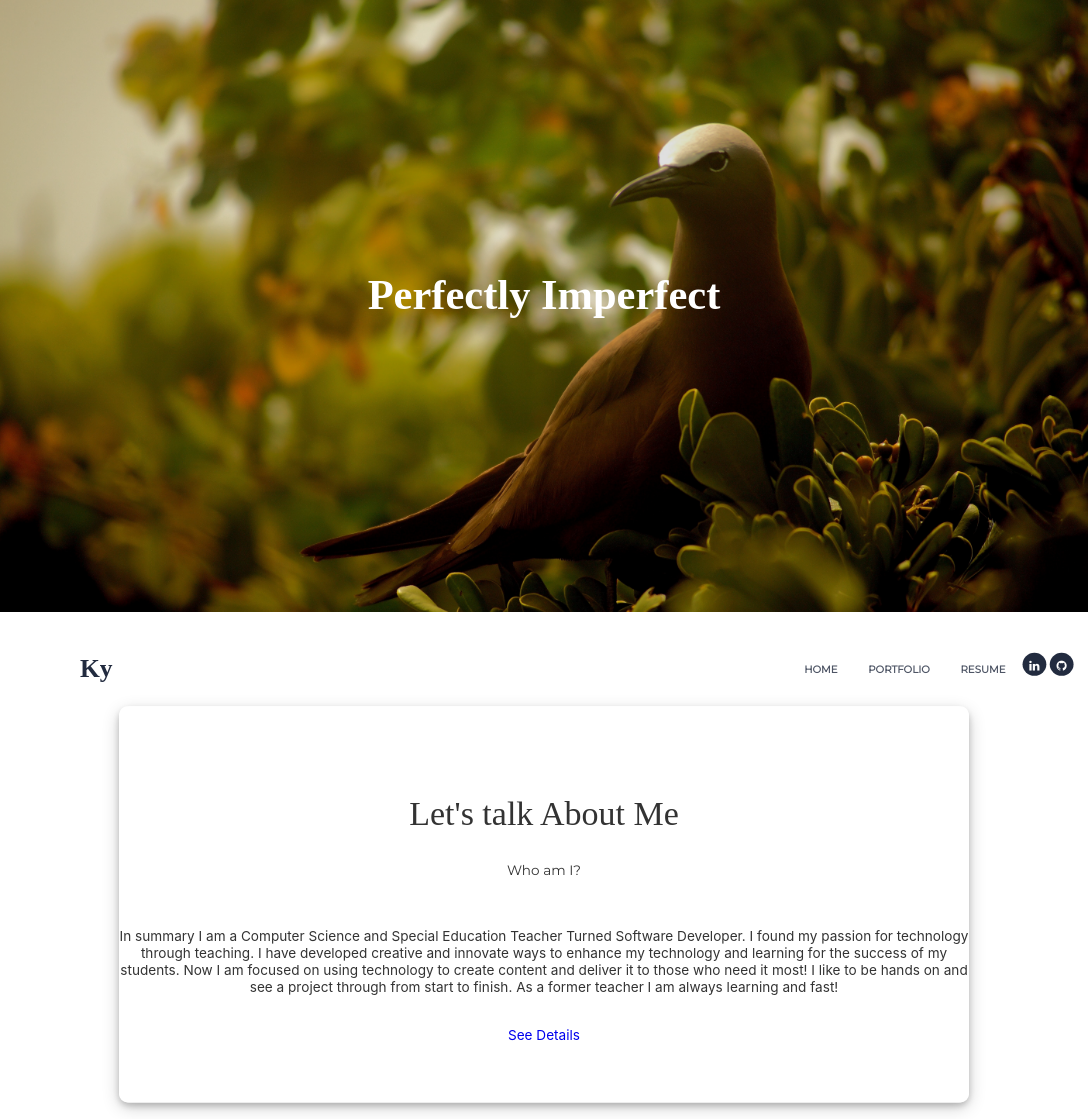
Repository: kkyler24/Perfectly-Imperfect
Page: / (app in imperfect/)
These files come from the project's save history. The page is drawn as it stood at one moment and after the next save; the edit follows.
The browser window is 1280 px wide. The pictures show the whole page, at 85% of full size.
Backgrounds fixed to the window are drawn as part of the page. Some web fonts or font styles are not loaded; a fallback is used. The project was rebuilt for these pictures with package versions that can differ from the ones it lists, and the page was loaded fresh each time.

Above is the page before, as saved 2020-08-06 13:51:00.

### imperfect/public/index.html
<!DOCTYPE html>
<html lang="en">
  <head>
    <meta charset="utf-8" />
    <link rel="icon" href="%PUBLIC_URL%/favicon.ico" />
    <meta name="viewport" content="width=device-width, initial-scale=1" />
    <meta name="theme-color" content="#000000" />
    <meta
      name="description"
      content="Web site created using create-react-app"
    />
    <link
      rel="stylesheet"
      href="https://cdnjs.cloudflare.com/ajax/libs/font-awesome/4.7.0/css/font-awesome.min.css"
    />

    <link
      href="https://fonts.googleapis.com/css2?family=Montserrat&family=Petit+Formal+Script&display=swap"
      rel="stylesheet"
    />

    <title>React App</title>
  </head>
  <body>
    <noscript>You need to enable JavaScript to run this app.</noscript>
    <div id="root"></div>
  </body>
</html>

### imperfect/src/App.js
import React from "react";
import logo from "./logo.svg";
import "./App.css";
import Nav from "./Components/navbarComponent/navbar.js";
import PGHeader from "./Components/Headerindex/header.js";
import AboutMe from "./Components/aboutMeIndex/aboutme.js";

function App() {
  return (
    <div className="App">
      <PGHeader />
      {/* <Nav /> */}
      <AboutMe />
    </div>
  );
}

export default App;

### imperfect/src/App.css
body {
  color: #66615b;
  font-size: 16px;
  box-sizing: border-box;
  display: block;
}

### imperfect/src/Components/navbarComponent/navbar.js
import React from "react";
import "./navbar.css";

function NavBar() {
  return (
    <div>
      <nav
        color-on-scroll="300"
        class="fixed-bottom  navbar-transparent navbar navbar-expand-lg"
      >
        <div class="container-fluid">
          <div class="navbar-translate">
            <a
              id="Kytitle"
              data-placement="bottom"
              target="_blank"
              title="Coded by Creative Tim"
              class="navbar-brand"
              href="#/index"
            >
              Ky
            </a>
            <button aria-expanded="false" class="navbar-toggler navbar-toggler">
              <span class="navbar-toggler-bar bar1"></span>
              <span class="navbar-toggler-bar bar2"></span>
              <span class="navbar-toggler-bar bar3"></span>
            </button>
          </div>
          <div class="justify-content-end collapse navbar-collapse">
            <ul class="navbar-nav">
              <li class="nav-item">
                <a
                  data-placement="bottom"
                  href="https://www.linkedIn"
                  target="_blank"
                  title="Let's connect on LinkedIn"
                  class="nav-link"
                >
                  {/* <i class="fa fa-linkedIn"></i> */}
                </a>
              </li>

              <li class="nav-item">
                <a
                  data-placement="bottom"
                  href="#"
                  target="_blank"
                  title="Follow us on Twitter"
                >
                  {/* <i class="fa fa-twitter"></i> */}
                  <p class="d-lg-none"></p>
                </a>
                <li class="nav-item mr-2rem">
                  <a data-placement="bottom" href="#" target="_blank">
                    {/* <i class="fa fa-github"></i> */}
                    <p class="d-lg-none"></p>
                  </a>
                </li>
              </li>
              <li class="nav-item">
                <a class="nav-link" href="#/index">
                  <i class="nc-icon nc-layout-11"></i> Home
                </a>
              </li>
              <li class="nav-item">
                <a class="nav-link" href="#/index">
                  <i class="nc-icon nc-layout-11"></i> Portfolio
                </a>
              </li>
              <li class="nav-item">
                <a target="_blank" class="nav-link" href="#/documentation">
                  <i class="nc-icon nc-book-bookmark"></i> Resume
                </a>
              </li>
              <li class="nav-item">
                <a
                  href="https://www.linkedin.com/in/ky-kyler-a723b932/"
                  target="_blank"
                  class="fa fa-linkedin"
                ></a>
              </li>
              <li class="nav-item">
                <a
                  data-placement="bottom"
                  href="https://github.com/kkyler24"
                  target="_blank"
                  title="Star on GitHub"
                  class="fa fa-github"
                >
                  {/* <i class="fa fa-github"></i> */}
                  <p class="d-lg-none"></p>
                </a>
              </li>
            </ul>
          </div>
        </div>
      </nav>
    </div>
  );
}
export default NavBar;

### imperfect/src/Components/Headerindex/header.js
import React from "react";
import "./Indexheader.css";
import Navbar from "../navbarComponent/navbar.js";

function PageHeader(props) {
  return (
    <div>
      <div id="background" className="page-header" data-parallax="true">
        <div className="filter"></div>
        <div className="headerContainer">
          <div className="motto text-center">
            <h1 id="JumboHeaderTitle">Perfectly Imperfect</h1>
            <br />
          </div>
        </div>
      </div>
      <Navbar />
    </div>
  );
}
export default PageHeader;

### imperfect/src/Components/aboutMeIndex/aboutme.js
import React from "react";
import "./aboutme.css";

function Aboutme() {
  return (
    <div className=" card aboutMain">
      <div className="sectionAB text-center">
        <div className="ABccontainer">
          <div class="row">
            <div class="ml-auto mr-auto col-md-8">
              <h2 class="titleAB">Let's talk About Me</h2>
              <h4 class="descriptionAB"> Who am I?</h4>
              <br />
              <p>
                In summary I am a Computer Science and Special Education Teacher
                Turned Software Developer. I found my passion for technology
                through teaching. I have developed creative and innovate ways to
                enhance my technology and learning for the success of my
                students. Now I am focused on using technology to create content
                and deliver it to those who need it most! I like to be hands on
                and see a project through from start to finish. As a former
                teacher I am always learning and fast!
              </p>
              <br />
              <a href="#pablo" class="btn-round btn btn-info">
                See Details
              </a>
            </div>
          </div>
        </div>
      </div>
    </div>
  );
}
export default Aboutme;

### imperfect/src/Components/navbarComponent/navbar.css
/* navbar */
#Kytitle {
  font-family: "Petit Formal Script", cursive;
  font-size: 30px;
  color: #222b3f;
  border-bottom: solid 2px rgb(255, 255, 255);
  text-transform: capitalize;
}

.navbar.navbar-transparent {
  background: transparent !important;
  padding-top: 25px;
  box-shadow: none;
}

.navbar .navbar-brand {
  font-weight: 600;
  margin: 5px 0;
  padding: 20px 15px;
  font-size: 14px;
  text-transform: uppercase;
}

.navbar-nav {
  display: flex;
  flex-direction: column;
  padding-left: 0;
  margin-bottom: 0;
  list-style: none;
}
.navbar-brand {
  display: inline-block;
  padding-top: 0.3125rem;
  padding-bottom: 0.3125rem;
  margin-right: 1rem;
  font-size: 1.25rem;
  line-height: inherit;
  white-space: nowrap;
}

.navbar {
  border: 0;
  font-size: 14px;
  padding: 0;
  font-family: "Montserrat", "Helvetica", Arial, sans-serif;
  font-weight: 300;
  align-items: center;
  display: flex;
}
.navbar > .container-fluid {
  display: flex;
  flex-wrap: wrap;
  align-items: center;
  justify-content: space-between;
}

.nav-link {
  display: block;
}

.navbar-toggler {
  padding: 0.25rem 0.75rem;
  font-size: 1.25rem;
  line-height: 1;
  background-color: transparent;
  border: 1px solid transparent;
  border-radius: 0.25rem;
}
button {
  text-transform: none;
  overflow: hidden;
  -webkit-font-smoothing: antialiased;
  font-family: "Montserrat", "Helvetica", Arial, sans-serif;
  font-weight: 300;
  margin: 0;
  text-rendering: auto;
  /* color: -internal-light-dark(buttontext, rgb(170, 170, 170)); */
  letter-spacing: normal;
  word-spacing: normal;
  text-indent: 0px;
  text-shadow: none;
  display: inline-block;
  text-align: center;
  align-items: flex-start;
  font: 400 13.3333px Arial;
}
.navbar .navbar-toggler .navbar-toggler-bar {
  display: block;
  position: relative;
  width: 24px;
  height: 2px;
  border-radius: 1px;
  margin: 0 auto;
}

.navbar.navbar-transparent .navbar-toggler .navbar-toggler-bar {
  background: #222b3f !important;
}

.navbar-transparent .navbar-nav .nav-item .nav-link:not(.btn) {
  color: #222b3f;
  border-color: #222b3f;
}

.navbar .navbar-toggler .navbar-toggler-bar + .navbar-toggler-bar {
  margin-top: 4px;
}

.navbar .navbar-nav .nav-item .nav-link {
  line-height: 1.6;
  margin: 15px 3px;
  padding: 10px 15px;
  opacity: 0.8;
  font-size: 12px;
  text-transform: uppercase;
  font-weight: 600;
}

.navbar .navbar-nav .nav-item .nav-link p {
  margin: 0;
  text-transform: uppercase;
  font-weight: 600;
  font-size: 12px;
  line-height: 1.5em;
  padding: 15px 0;
  color: #222b3f;
}

button:not(:disabled) {
  cursor: pointer;
}

.container-fluid {
  width: 100%;
  padding-right: 15px;
  padding-left: 15px;
  margin-right: 0%;
  margin-left: 5%;
}

.fixed-top {
  position: fixed;
  right: 0;
  left: 0;
  z-index: 1030;
  /* not needed for fixed bottom */
  top: 0;
}

a {
  text-decoration: none;
  background-color: transparent;
}

.collapse:not(.show) {
  display: none;
}

.justify-content-end,
ul {
  justify-content: flex-end !important;
}

.navbar-collapse {
  flex-basis: 100%;
  flex-grow: 1;
  align-items: center;
}

ul {
  margin-top: 0;
}

.navbar .navbar-nav .nav-item .nav-link [class^="fa"] {
  font-size: 17px;
  position: relative;
  right: 5px;
  color: #222b3f;
}

.fa {
  padding: 8px;
  font-size: 14px;
  height: 11px;
  top: 5px;
  text-align: center;
  text-decoration: none;
  margin: 15px 2px;
  border-radius: 50%;
}

.fa:hover {
  opacity: 0.7;
}

.fa-linkedin {
  background: #222b3f;
  color: white;
}

.fa-github {
  background: #222b3f;
  color: white;
}

:before {
  box-sizing: border-box;
}

.navbar .navbar-collapse .nav-item .nav-link p {
  display: inline;
}

/* media Q navbar */
@media (min-width: 992px) {
  .navbar-expand-lg {
    flex-flow: row nowrap;
    justify-content: flex-start;
  }
  .navbar {
    justify-content: space-between;
  }
}
/* Li */
@media (min-width: 992px) {
  .navbar-expand-lg .navbar-nav {
    flex-direction: row;
  }
}
@media screen and (max-width: 991px) {
  .navbar-collapse ul {
    position: relative;
    z-index: 3;
    height: 95%;
  }
}

@media screen and (max-width: 991px) {
  .navbar-collapse .navbar-nav > .nav-item > .nav-link {
    color: #222b3f !important;
  }
}

@media screen and (max-width: 991px) {
  .navbar-collapse {
    position: fixed;
    display: block !important;
    top: 0;
    width: 230px;
    right: 0;
    z-index: 1032;
    visibility: visible;
    overflow-y: visible;
    border-top: none;
    text-align: left;
    padding-right: 0;
    padding-left: 40px;
    padding-top: 15px;
    transform: translateX(230px);
    transition: all 0.33s cubic-bezier(0.685, 0.0473, 0.346, 1);
  }
}

@media (max-width: 991.98px) {
  .navbar-expand-lg > .container-fluid {
    padding-right: 0;
    padding-left: 0;
  }
}

@media (min-width: 768px) {
  .container-fluid {
    max-width: 720px;
  }
}

@media (min-width: 992px) {
  .container-fluid {
    max-width: 100%;
  }
}

@media screen and (max-width: 991px) {
  .navbar-translate {
    width: 100%;
    position: relative;
    display: flex;
    justify-content: space-between !important;
    align-items: center;
    transform: translateX(0);
    transition: all 0.33s cubic-bezier(0.685, 0.0473, 0.346, 1);
  }
}

@media (min-width: 992px) {
  .navbar-expand-lg .navbar-toggler {
    display: none;
  }
}

@media screen and (max-width: 991px) {
  .navbar-collapse {
    height: 100% !important;
  }
}

@media (min-width: 992px) {
  .navbar-expand-lg .navbar-collapse {
    display: flex !important;
    flex-basis: auto;
  }
}
/*
@media (min-width: 576px) {
  .container-fluid {
    max-width: 540px;
  }
} */

@media (min-width: 992px) {
  .navbar-expand-lg > .container-fluid {
    flex-wrap: nowrap;
  }
}

### imperfect/src/Components/Headerindex/Indexheader.css
#background {
  background-image: url("../../Assets/imgs/brownnoodyGreatbirdisland.jpg");
  background-attachment: fixed;
  background-repeat: no-repeat;
  background-size: cover;
  height: 700px;
}

.page-header {
  background-position: 50%;
  background-size: cover;
  min-height: 100vh;
  max-height: 999px;
  overflow: hidden;
  position: relative;
  width: 100%;
  z-index: 1;
  display: flex;
  align-items: center;
  justify-content: center;
}

.page-header .filter:after {
  background-color: rgba(0, 0, 0, 0.125);
  content: "";
  display: block;
  height: 100%;
  left: 0;
  top: 0;
  position: absolute;
  width: 100%;
  z-index: 1;
}

.page-header .motto {
  z-index: 3;
  color: #fff;
  position: relative;
  width: max-content;
}

.headerContainer {
  font-family: "Petit Formal Script", cursive;
  display: inline-flex;
  width: 100%;
  /* font-weight: 200; */
  padding-right: 15px;
  padding-left: 15px;
  margin-right: auto;
  margin-left: auto;
  font-size: 50px;
  justify-content: center;
}

.text-center {
  text-align: center !important;
}
div {
  display: block;
}

h1 {
  display: block;
  font-size: 2em;
  margin-block-start: 0.67em;
  margin-block-end: 0.67em;
  margin-inline-start: 0px;
  margin-inline-end: 0px;
  font-weight: bold;
}
@media (max-width: 450px) and (min-width: 280px) {
  #JumboHeaderTitle {
    width: 300px;
    margin: auto;
    font-size: 20px;
    text-align: center;
  }
  #background {
    width: 450px !important;
  }
}
/*
@media (max-width: 570px) and (min-width: 280px) {
  #JumboHeaderTitle {
    width: 400px;
    margin: auto;
    font-size: 20px;
    text-align: center;
  }
} */

/* media Q */
@media (min-width: 992px) {
  .headerContainer {
    max-width: 960px;
  }
}

@media (min-width: 768px) {
  .headerContainer {
    max-width: 720px;
  }
}

@media (min-width: 576px) {
  .headerContainer {
    max-width: 540px;
    font-size: 25px;
  }
}

@media (max-width: 576px) {
  .headerContainer {
    display: flex;
    flex-wrap: wrap;
    max-width: 540px !important;
    font-size: 20px;
    text-align: center;
  }
}

### imperfect/src/Components/aboutMeIndex/aboutme.css
.aboutMain .section:first-of-type {
  position: relative;
  z-index: 3;
  position: relative;
  background: #ffffff;
  margin: -60px 30px 0px;
  box-shadow: 0 16px 24px 2px rgba(0, 0, 0, 0.14),
    0 6px 30px 5px rgba(0, 0, 0, 0.12), 0 8px 10px -5px rgba(0, 0, 0, 0.2);
  border-radius: 6px;
  padding: 70px 0;
}

.card,
.aboutMain {
  width: 700px;
  border-radius: 12px;
  box-shadow: 0 4px 8px 0 rgba(0, 0, 0, 0.2), 0 6px 20px 0 rgba(0, 0, 0, 0.19);
  text-align: center;
  background-color: #fff;
  color: #333;
  margin-bottom: 20px;
  position: relative;
  z-index: 3;
  border: 0;
  transition: transform 0.3s cubic-bezier(0.34, 2, 0.6, 1), box-shadow 0.2s ease;
  display: flex;
  flex-direction: column;
  min-width: 0;
  background-clip: border-box;
  /* border: 1px solid rgba(0, 0, 0, 0.25); */
  /* border-radius: 20px; */
  margin-left: auto;
  margin-right: auto;
}

.sectionAB {
  padding: 70px 0;
  background-color: #fff;
  border-radius: 10px;
}

.text-center {
  text-align: center !important;
}

.titleAB {
  font-family: "Petit Formal Script", cursive;
  font-weight: lighter;
  font-size: 40px;
}

.descriptionAB {
  font-family: "Montserrat", sans-serif;
  font-weight: lighter;
  text-align: center;
}

.ABcontainer {
  width: 100%;
  margin-right: auto;
  margin-left: auto;
}

row {
  display: flex;
  flex-wrap: wrap;
  margin-right: -15px;
  margin-left: -15px;
}

@media (min-width: 768px) {
  .ABcontainer {
    max-width: 720px;
  }
}

@media (max-width: 992px) {
  .sectionAB {
    max-width: 700px;
  }
}

@media (min-width: 992px) {
  .sectionAB,
  .aboutMain {
    width: 1000px;
  }
}

Loaded but not shown: imperfect/src/index.js (common file); imperfect/src/index.css (common file); imperfect/src/serviceWorker.js (common file)

After the next save:
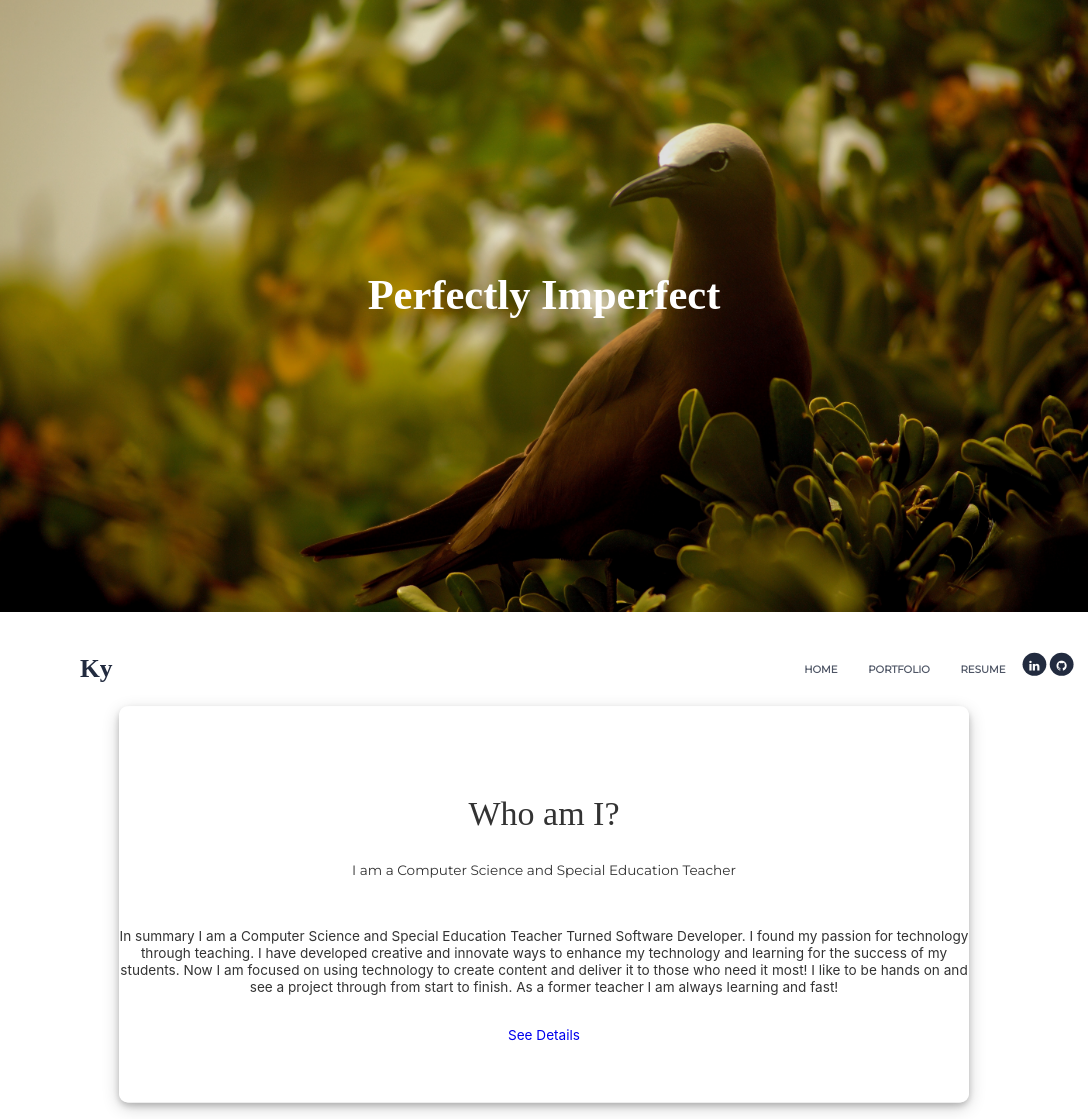
Saved 2 min 28 s later.
--- a/imperfect/src/Components/aboutMeIndex/aboutme.js
+++ b/imperfect/src/Components/aboutMeIndex/aboutme.js
@@ -8,8 +8,10 @@ function Aboutme() {
         <div className="ABccontainer">
           <div class="row">
             <div class="ml-auto mr-auto col-md-8">
-              <h2 class="titleAB">Let's talk About Me</h2>
-              <h4 class="descriptionAB"> Who am I?</h4>
+              <h2 class="titleAB"> Who am I?</h2>
+              <h4 class="descriptionAB">
+                I am a Computer Science and Special Education Teacher{" "}
+              </h4>
               <br />
               <p>
                 In summary I am a Computer Science and Special Education Teacher
